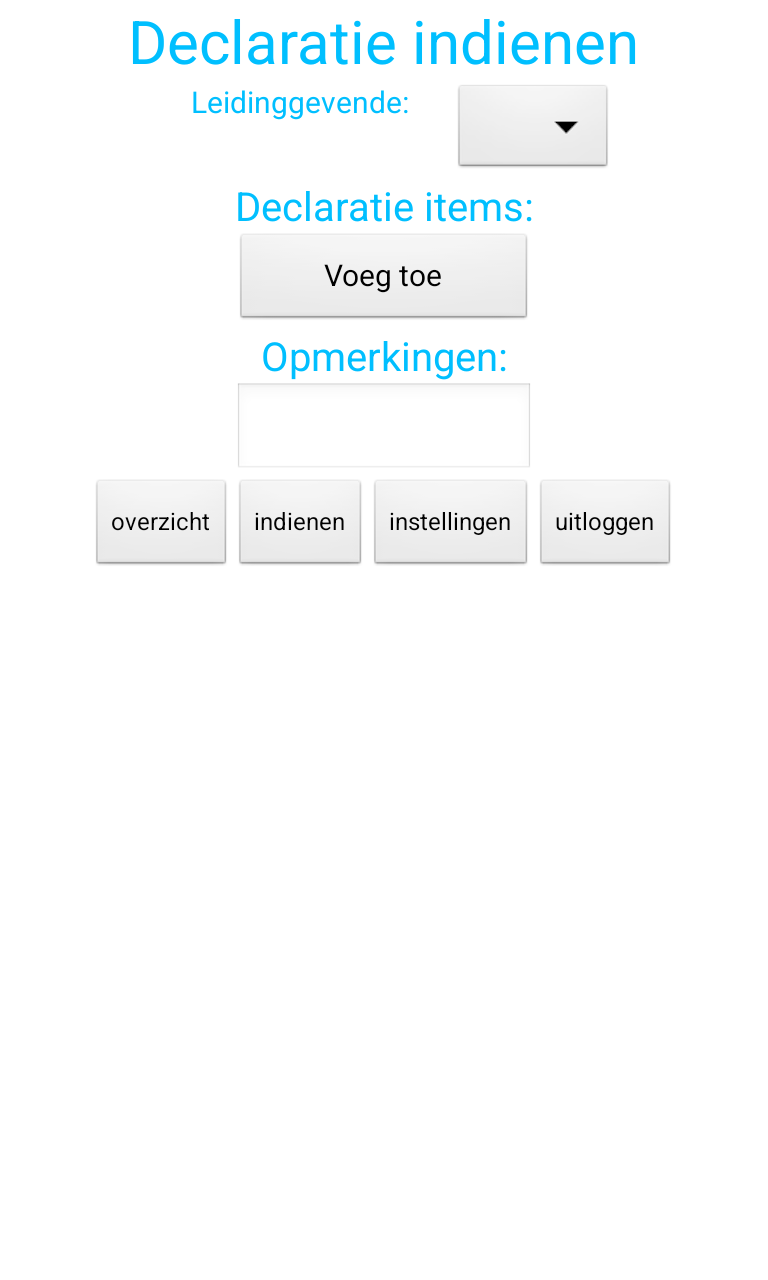
Repository: alexanderbolhuis/ilmoitus_mobile
Layout: LoginActivity/res/layout/activity_declare.xml
An editor plug-in stored every save of this project. The layout is shown before and after the next save, followed by the edit.
It is drawn on a 768 x 1280 px phone screen (xhdpi) without system bars, with theme AppTheme; the app's code is not run.

Above is the layout before, as saved 2014-05-04 22:46:25.

After the next save:
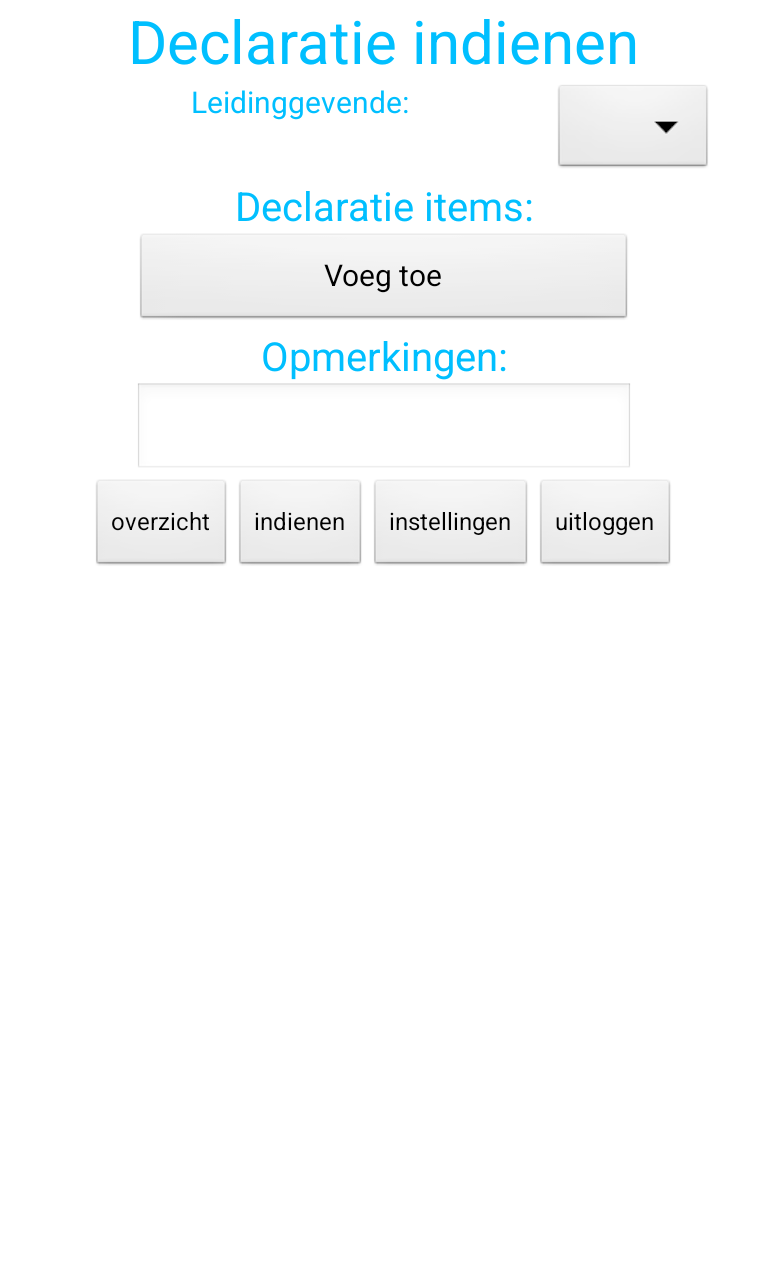
Saved 16 s later.
--- a/LoginActivity/res/layout/activity_declare.xml
+++ b/LoginActivity/res/layout/activity_declare.xml
@@ -102,13 +102,10 @@
             android:gravity="center_horizontal" >
 
             <MultiAutoCompleteTextView
-                android:layout_width="fill_content"
+                android:layout_width="fill_parent"
                 android:layout_height="wrap_content"
                 android:gravity="center"
                 android:width="500px" />
-
-
-
         </TableRow>
 
 	</TableLayout>

After the 2 saves that followed:
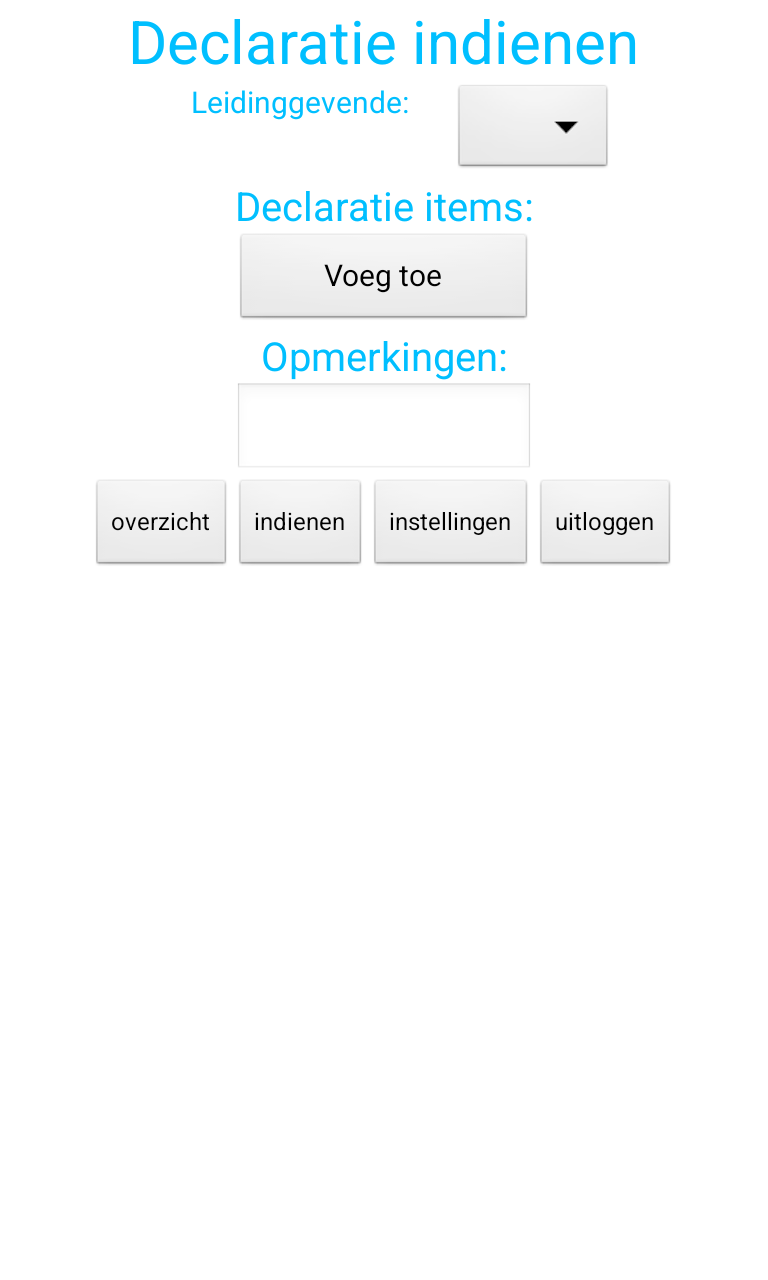
The 2 saves are shown as one change because 1 left the picture as it was.
The last was saved 2 min 11 s later.
--- a/LoginActivity/res/layout/activity_declare.xml
+++ b/LoginActivity/res/layout/activity_declare.xml
@@ -102,10 +102,10 @@
             android:gravity="center_horizontal" >
 
             <MultiAutoCompleteTextView
-                android:layout_width="fill_parent"
+                android:layout_width="match_parent"
                 android:layout_height="wrap_content"
                 android:gravity="center"
-                android:width="500px" />
+                android:width="100px" />
         </TableRow>
 
 	</TableLayout>
